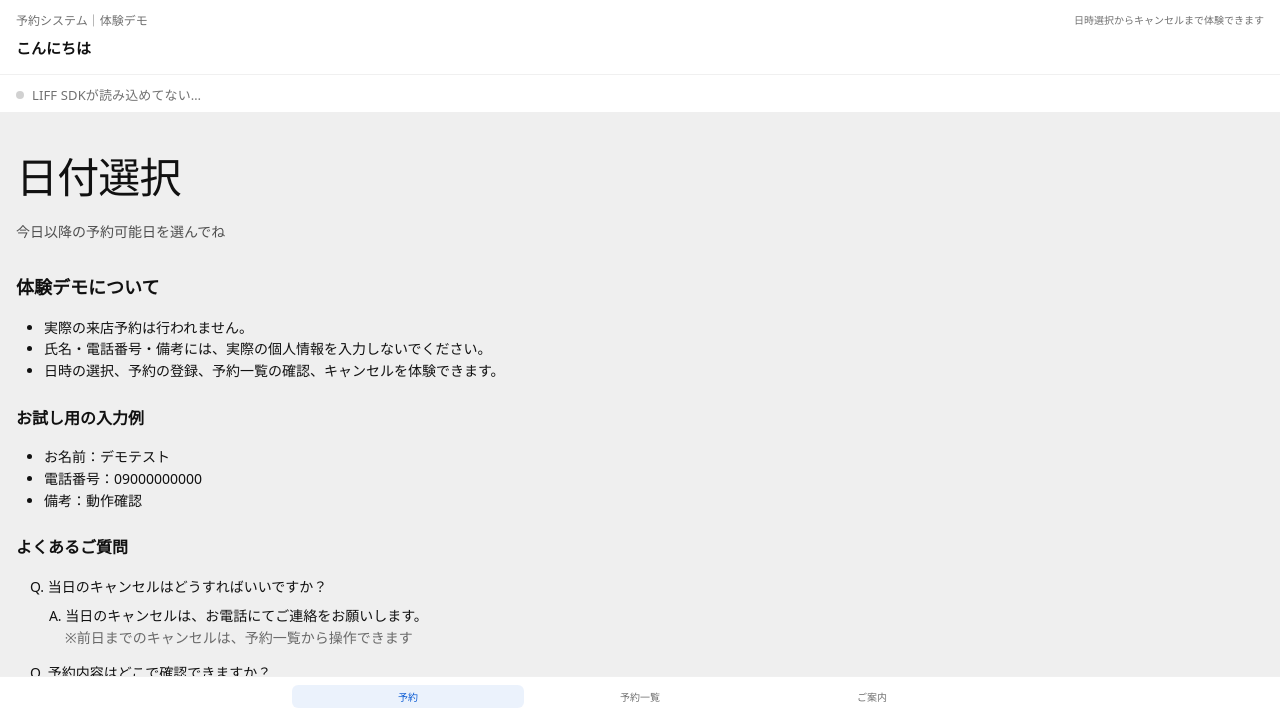
Repository: kazucv/reservation-demo
Page: index.html
An editor plug-in stored every save of this project. The page is shown before and after the next save, followed by the edit.
The browser window is 1280 px wide. The pictures show the whole page.
Some icons come from a web library that is not loaded, so they are not drawn. An inner scrolling area shows only its first screen.

Above is the page before, as saved 2026-10-28 11:43:18.

After the next save:
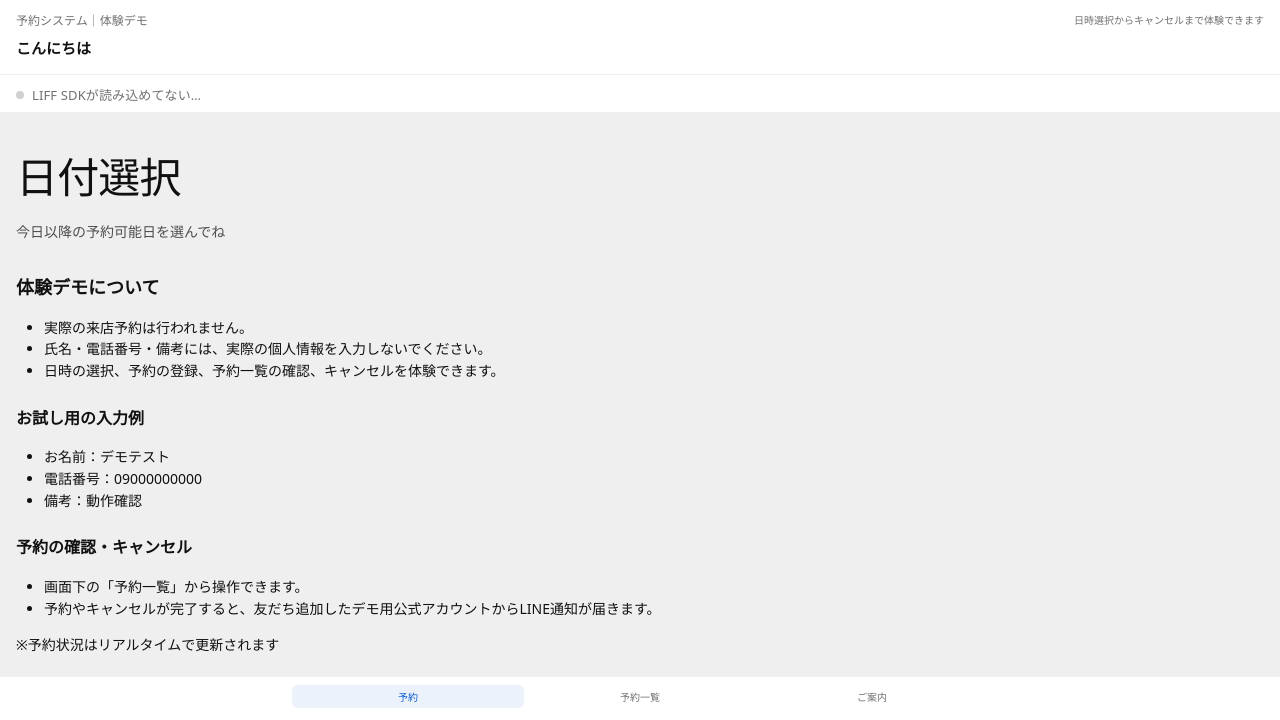
Saved 11 s later.
--- a/index.html
+++ b/index.html
@@ -856,26 +856,11 @@
               <li>備考：動作確認</li>
             </ul>
 
-            <h3 class="calendar-note__subtitle">よくあるご質問</h3>
-            <dl class="calendar-note__faq">
-              <div class="calendar-note__qa">
-                <dt>Q. 当日のキャンセルはどうすればいいですか？</dt>
-                <dd>
-                  A. 当日のキャンセルは、お電話にてご連絡をお願いします。
-                  <span class="calendar-note__sub">※前日までのキャンセルは、予約一覧から操作できます</span>
-                </dd>
-              </div>
-
-              <div class="calendar-note__qa">
-                <dt>Q. 予約内容はどこで確認できますか？</dt>
-                <dd>A. 「予約一覧」からご自身の予約を確認できます。</dd>
-              </div>
-
-              <div class="calendar-note__qa">
-                <dt>Q. キャンセルしたい場合はどうすればいいですか？</dt>
-                <dd>A. 予約一覧からキャンセルできます。</dd>
-              </div>
-            </dl>
+            <h3 class="calendar-note__subtitle">予約の確認・キャンセル</h3>
+            <ul class="calendar-note__list">
+              <li>画面下の「予約一覧」から操作できます。</li>
+              <li>予約やキャンセルが完了すると、友だち追加したデモ用公式アカウントからLINE通知が届きます。</li>
+            </ul>
 
             <p class="calendar-note__hint">※予約状況はリアルタイムで更新されます</p>
           </section>
